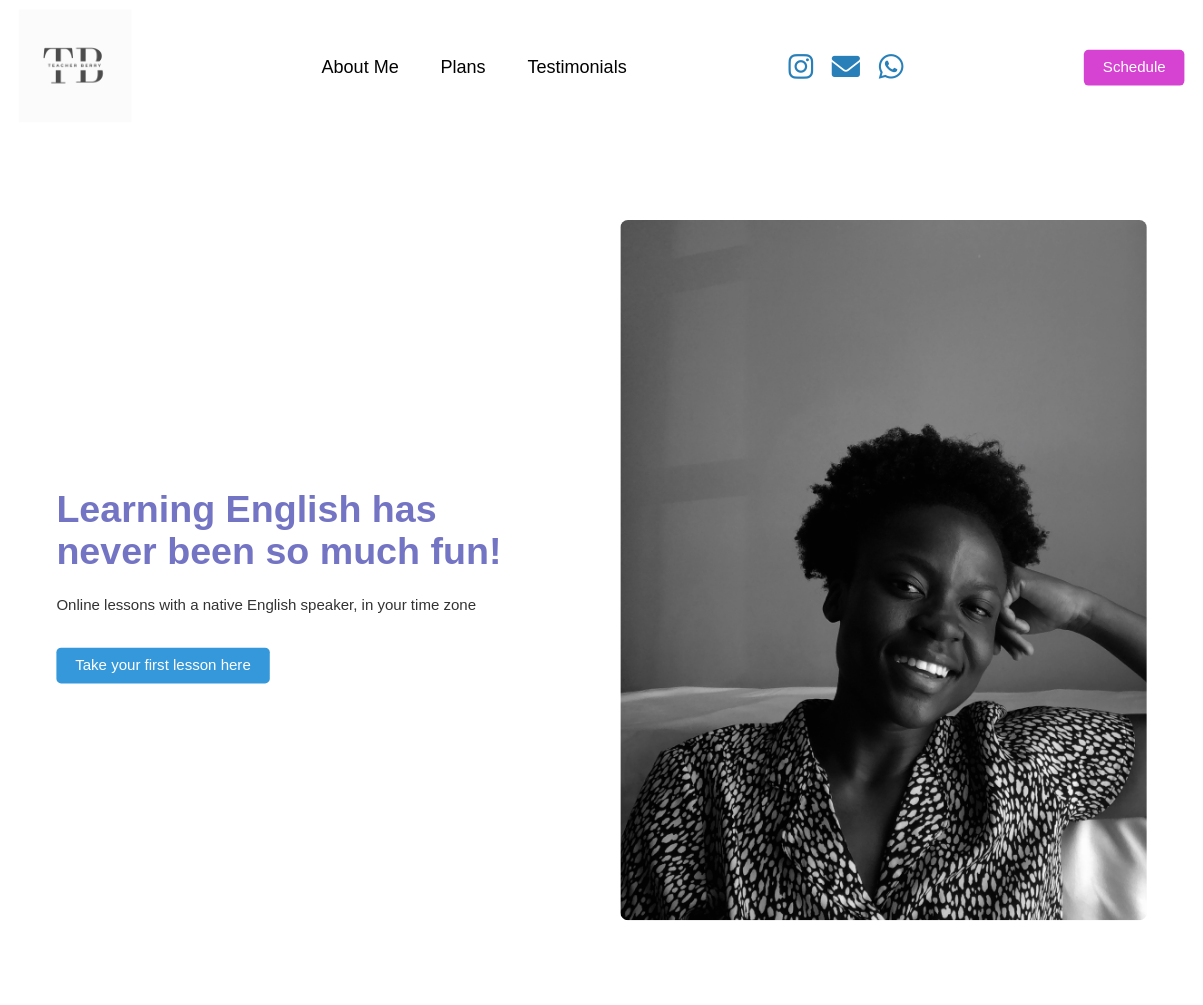
Repository: ntandomagana/esl-landing-page
Page: index.html
The author's editor kept a copy of each file at every save. The page is drawn from the files as they stood at one save, then again after the next save.
The browser window is 1280 px wide. The pictures show the whole page, at 94% of full size.

Above is the page before, as saved 2024-07-17 10:32:10.

### index.html
<!DOCTYPE html>
<html lang="en">
<head>
    <meta charset="UTF-8">
    <meta name="viewport" content="width=device-width, initial-scale=1.0">
    <link rel="stylesheet" href="https://cdnjs.cloudflare.com/ajax/libs/font-awesome/6.0.0-beta3/css/all.min.css">

    <title>Berry's English</title>
    <link rel="stylesheet" href="index.css">
</head>
<body>
    <!-- Header Section -->
    <header>
        <div class="header-container">
            <div class="logo">
                <img src="./assets/teacher Berry.png" alt="Teaacher Berry Logo">
            </div>
            <nav>
                <ul>
                    <li><a href="#about">About Me</a></li>
                    <li><a href="#services">Plans</a></li>
                    <li><a href="#testimonials">Testimonials</a></li>

                </ul>
            </nav>
            <div class="social-links">
                <a href="#" class="social-link"><i class="fab fa-instagram"></i></a>
                <a href="mailto:berry@example.com" class="social-link"><i class="fas fa-envelope"></i></a>
                <a href="https://wa.me/1234567890" class="social-link"><i class="fab fa-whatsapp"></i></a>
            </div>
            <a href="#contact" class="schedule-button">Schedule</a>
        </div>
    </header>

    <!-- Left and right division -->
     <section class="content-section">
        <div class="content-wrapper">
            <div class="left-content">
                <h2>Learning English has <br />
                    never been so much fun!</h2>
                <p>Online lessons with a native English speaker, in your time zone</p>
                <a href="#contact" class="action-button">Take your first lesson here</a>
            </div>

            <div class="right-content">
                <img src="./assets/bwpp.jpg" alt="Teacher Berry's Image">

            </div>
        </div>

     </section>
    </footer>
</body>
</html>

### index.css
/* styles.css */

body {
    font-family: Arial, Helvetica, sans-serif;
    margin: 0;
    padding: 0;
}

.header-container {
    display: flex;
    justify-content: space-between;
    align-items: center;
    padding: 10px 20px;
    background-color: white;

}

.logo img {
    height: 120px;
    opacity: 0.7;
    width: auto;
}

nav {
    margin-left: 20px; /* Add margin to the left of the entire nav element */
}

nav ul {
    list-style-type: none;
    padding: 0;
    margin: 0;
}

nav ul li {
    display: inline;
    margin: 20px; /* Adjust margin to add space between list items */
}

nav ul li:last-child {
    margin-right: 0;
}

nav ul li a {
    color: rgb(2, 2, 2);
    text-decoration: none;
    font-size: 1.2rem;
}

nav ul li a:hover {
    color: #d642d2;
    font-weight: bold;
}

.social-links {
    display: flex;
    align-items: center;
    margin-right: 20px;
}

.social-link {
    margin: 0 10px;
    display: inline-block;
    color: black;
    font-size: 30px;
}

.social-link i {
    color:#2980b9;
}

.social-link:hover i {
    color: #d642d2;
}

.schedule-button {
    padding: 10px 20px;
    background-color: #d642d2;
    color: #fff;
    text-decoration: none;
    border-radius: 5px;
    transition: background-color 0.3s ease;
}

.schedule-button:hover {
    background-color: #489fbc;
}

.content-section {
    padding: 50px 0;
    text-align: center;
}

.content-wrapper {
    display: flex;
    justify-content: space-around;
    align-items: stretch;
    max-width: 1200px;
    margin: 20px auto;
}

.left-content {
    flex: 1;
    padding: 20px;
    text-align: left;
    display: flex;
    flex-direction: column;
    justify-content: center;
    align-items: flex-start;
}


.left-content h2 {
    font-size: 2.5rem;
    color: rgb(116, 116, 196);
    margin-bottom: 10px;
    width: 100%;
}

.left-content p {
    font-size: 1rem;
    color: #333;
    width: 100%;
}

.right-content {
    flex: 1;
    padding: 20px;
    text-align: center;
    display: flex;
    justify-content: center;
    align-items: center;
}

.right-content img {
    max-width: 100%;
    height: auto;
    max-height: 800px; /* Example maximum height, adjust as needed */
    border-radius: 8px;
    /* Optional: Adds a subtle shadow */
}

.action-button {
    display: inline-block;
    padding: 10px 20px;
    background-color: #3498db;
    color: #fff;
    text-decoration: none;
    border-radius: 5px;
    transition: background-color 0.3s ease;
    margin-top: 20px; /* Add space above the button */
    position: relative;
     z-index: 1;
}

.action-button:hover {
    background-color: #2980b9;
}

After the next save:
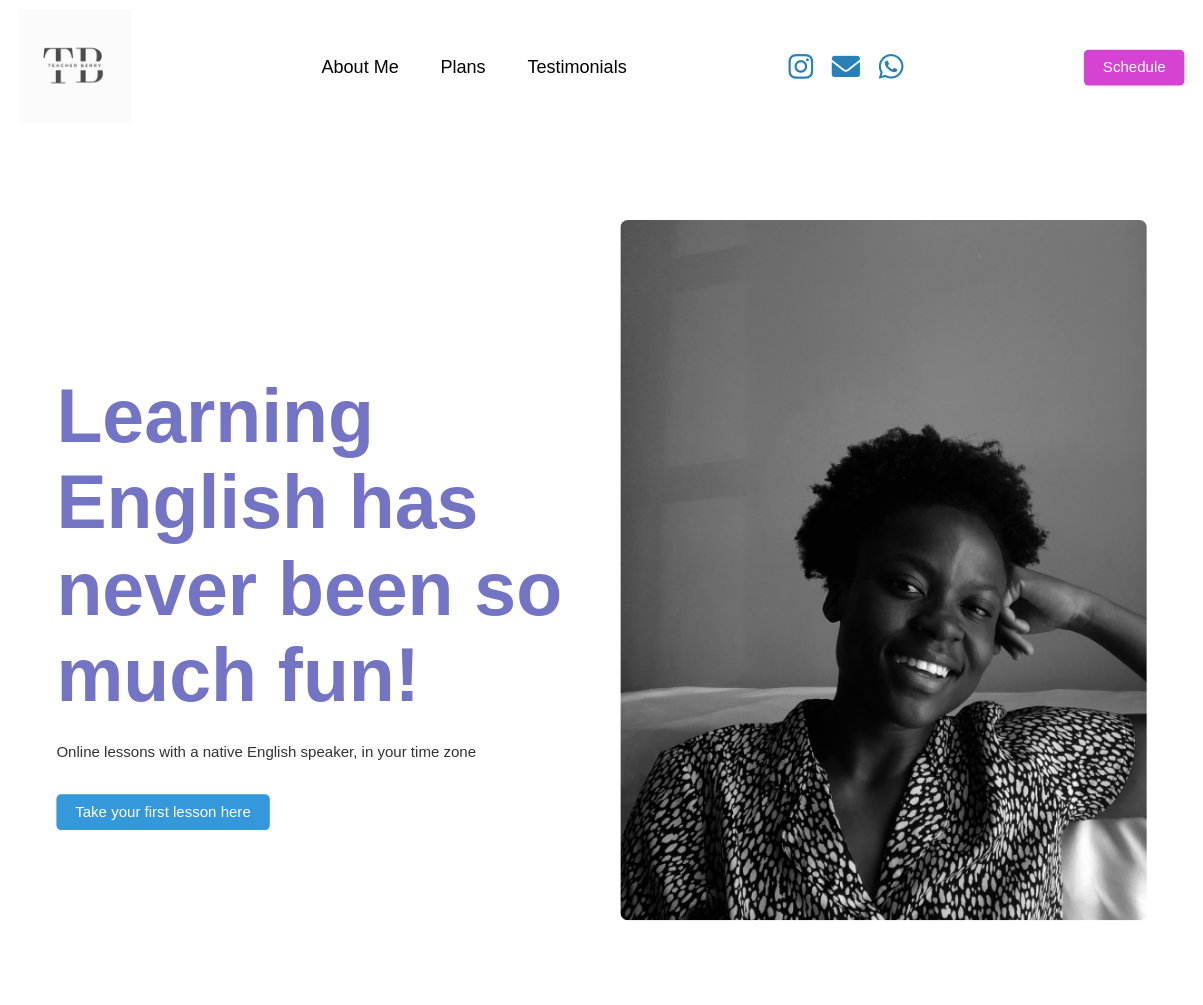
Saved 5 min 13 s later.
--- a/index.css
+++ b/index.css
@@ -110,7 +110,7 @@ nav ul li a:hover {
 
 
 .left-content h2 {
-    font-size: 2.5rem;
+    font-size: 5rem;
     color: rgb(116, 116, 196);
     margin-bottom: 10px;
     width: 100%;
